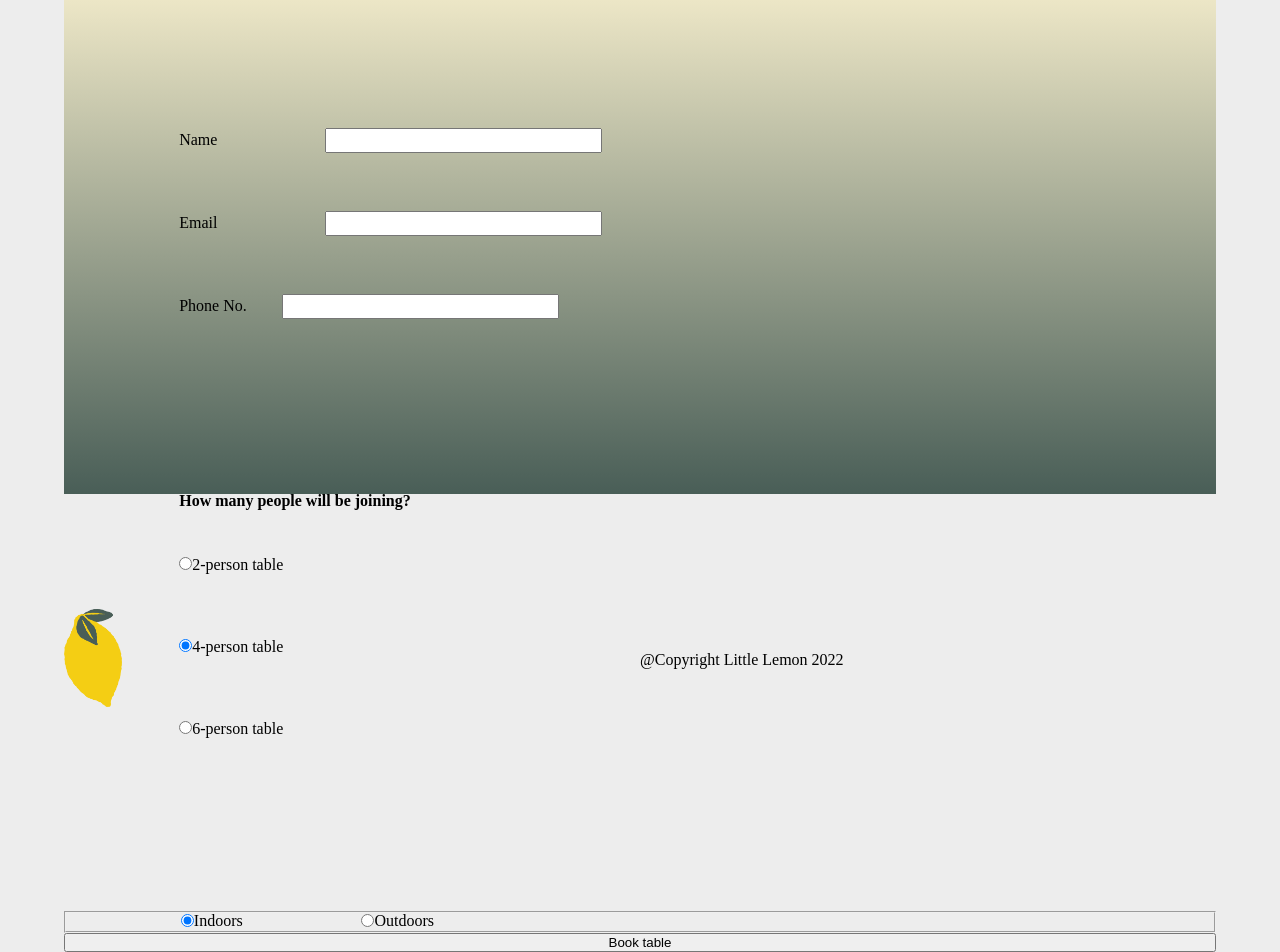
Repository: klone007/littleLemon
Page: index.html
These files come from the project's save history. The page is drawn as it stood at one moment and after a run of saves; the edit follows.
The browser window is 1280 px wide. The pictures show the part of the page from y = 3473 to 4425 px (the page is 4425 px tall before and 4416 px after).
A picture or video elsewhere on the page could not be fetched, so the positions and the page height are approximate. Backgrounds fixed to the window are drawn as part of the page.

Above is the page before, as saved 2022-11-17 13:29:18.

### index.html
<!DOCTYPE html>
<html lang="en">
<head>
    <meta charset="UTF-8">
    <meta http-equiv="X-UA-Compatible" content="IE=edge">
    <meta name="viewport" content="width=device-width, initial-scale=1.0">
    <title>Little Lemon</title>
    <meta name="author" content="Owned by Maria & Jason">
    <meta name="description" content="Little lemon restaurant">

    <link rel="stylesheet" href="./styles.css">
    <link rel="stylesheet" href="./docs/flickity.css" media="screen">
</head>
<body>
    <script src="./docs/flickity.pkgd.min.js"></script>

<nav class="top-nav navbar-fixed-top">
    <header>
        <a href="#Home">
            <img src="./img/Asset 20@4x.png" alt="logo" />
        </a>
    </header>
    <input id="menu-toggle" type="checkbox" />
    <label class='menu-button-container' for="menu-toggle">
    <div class='menu-button'></div>
  </label>
    <ul class="menu">
        <li><a href="#Home">Home</a></li>
        <li><a href="#Menu">Menu</a></li>
        <li><a href="#mainBook">Book</a></li>
        <li><a href="#About">About</a></li>
    </ul>
</nav>


    <main>
        <h1 id="Home">Our Featured</h1>
        <section class="gallery js-flickity" data-flickity-options='{ "wrapAround": true }'>
            <div class="gallery-cell">
                <img src="https://external-content.duckduckgo.com/iu/?u=https%3A%2F%2Fwww.sightseeingtoursitaly.com%2Fwp-content%2Fuploads%2F2019%2F06%2FFamous-Italian-dishes.jpg&f=1&nofb=1&ipt=5f17ed8798b09670346a59e0c6dda9133987f1fbc826aab0525b9c7dfd5eefc6&ipo=images" alt="" loading="lazy" />
            </div>
            <div class="gallery-cell">
                <img src="https://external-content.duckduckgo.com/iu/?u=https%3A%2F%2Fcdn.websites.hibu.com%2F42205d4164494aec9952633686609fc8%2Fdms3rep%2Fmulti%2Fshutterstock_1048781273.jpg&f=1&nofb=1&ipt=9319afd718bb88107d86b2624e313065a7d3a600e22631227c980300d2d9ea5e&ipo=images" alt="" loading="lazy" />
            </div>
            <div class="gallery-cell">
                <img src="https://external-content.duckduckgo.com/iu/?u=https%3A%2F%2Fdianashealthyliving.com%2Fwp-content%2Fuploads%2F2019%2F09%2FItalian-food-Depositphotos_.jpg&f=1&nofb=1&ipt=6b3899b664b8c8aa324edf4a5f0cf548525f48ccb5f7a4fc71eac060adbfea16&ipo=images" alt="" loading="lazy" />
            </div>
            <div class="gallery-cell">
                <img src="https://external-content.duckduckgo.com/iu/?u=https%3A%2F%2Fwww.lux-review.com%2Fwp-content%2Fuploads%2F2020%2F03%2FPasta-1.jpg&f=1&nofb=1&ipt=236038c1ddcf4aa03c9a1fd1d1489bc57e1f28b597d5af0d285d39a5f3813c10&ipo=images" alt="" />
            </div>
            <div class="gallery-cell">
                <img src="https://external-content.duckduckgo.com/iu/?u=https%3A%2F%2Fthepointsguy.co.uk%2Fwp-content%2Fuploads%2F2020%2F09%2FGettyImages-599272840.jpg&f=1&nofb=1&ipt=aed47e269af3bf5fa11b8c201e77a3612dee3b5e70cd9f18d9500c28e0df9f67&ipo=images" alt="" loading="lazy" />
            </div>
        </section>

        <h1 id="Menu">Menu</h1>
        <section id="mainMenu">
            <article>
                <h3>Dish 1</h3>
                <div>
                    <img src="https://external-content.duckduckgo.com/iu/?u=https%3A%2F%2Fwww.trbimg.com%2Fimg-58b999a4%2Fturbine%2Fct-chicago-modern-classics-food-0308-20170303&f=1&nofb=1&ipt=e55a6103835e539b9ddba910f3aa8f07babc50ec035bc059d606dd24fa5a5659&ipo=images" alt="" />
                    <p>Lorem ipsum dolor sit amet consectetur adipisicing elit. Labore inventore rem quos repellat fugiat consequatur numquam, sapiente aperiam culpa aliquid maiores asperiores! Alias eligendi odit, vero amet aut quia non?</p>
                </div>
            </article>
            <article>
                <h3>Dish 2</h3>
                <div>
                    <img src="https://external-content.duckduckgo.com/iu/?u=https%3A%2F%2Fwww.webivm.com%2Fwp-content%2Fuploads%2F2016%2F12%2FFood-Photos.jpg&f=1&nofb=1&ipt=6a3492d880aad37e76e2c229f1153e1a0fc916bf886f3e4d2b33b8b43cbbb8ba&ipo=images" alt="" />
                    <p>Lorem ipsum dolor sit amet consectetur adipisicing elit. Labore inventore rem quos repellat fugiat consequatur numquam, sapiente aperiam culpa aliquid maiores asperiores! Alias eligendi odit, vero amet aut quia non?</p>
                </div>
            </article>
            <article>
                <h3>Dish 3</h3>
                <div>
                    <img src="https://external-content.duckduckgo.com/iu/?u=https%3A%2F%2Fwww.food-management.com%2Fsites%2Ffood-management.com%2Ffiles%2Fstyles%2Farticle_featured_retina%2Fpublic%2FHawaiiPromo_BU_1.jpg%3Fitok%3Dl8BccNDz&f=1&nofb=1&ipt=f5ae2a2fe3e9c6f5db3d1dd3f7cba8346bc18a211ab68dd1c32996616daafb87&ipo=images" alt="" />
                    <p>Lorem ipsum dolor sit amet consectetur adipisicing elit. Labore inventore rem quos repellat fugiat consequatur numquam, sapiente aperiam culpa aliquid maiores asperiores! Alias eligendi odit, vero amet aut quia non?</p>
                </div>
            </article>
            <article>
                <h3>Dish 4</h3>
                <div>
                    <img src="https://external-content.duckduckgo.com/iu/?u=https%3A%2F%2Fmoroccanfoodtour.com%2Fwp-content%2Fuploads%2F2020%2F05%2FMFT-Tetouan-Food-Tour-5.jpg&f=1&nofb=1&ipt=5d10271906c29c0f482e9af2e71def8f1021706b03ddfc3b13a227a26cf32f92&ipo=images" alt="" />
                    <p>Lorem ipsum dolor sit amet consectetur adipisicing elit. Labore inventore rem quos repellat fugiat consequatur numquam, sapiente aperiam culpa aliquid maiores asperiores! Alias eligendi odit, vero amet aut quia non?</p>
                </div>
            </article>
            <article>
                <h3>Dish 5</h3>
                <div>
                    <img src="https://external-content.duckduckgo.com/iu/?u=https%3A%2F%2Fimg.choice.com.au%2F-%2Fmedia%2Ff738b5b9623b4c90ad0837f98b0ea96b.ashx&f=1&nofb=1&ipt=1635fb9e31ba85f9b28735716f80466546eed1ee7c42d5bcbd6a9909df5d35f2&ipo=images" alt="" />
                    <p>Lorem ipsum dolor sit amet consectetur adipisicing elit. Labore inventore rem quos repellat fugiat consequatur numquam, sapiente aperiam culpa aliquid maiores asperiores! Alias eligendi odit, vero amet aut quia non?</p>
                </div>
            </article>
            <article>
                <h3>Dish 6</h3>
                <div>
                    <img src="https://external-content.duckduckgo.com/iu/?u=https%3A%2F%2Fwww.charlottefashionplate.com%2Fwp-content%2Fuploads%2F2019%2F04%2FFullSizeRender-2019-09-12T093414.937-e1568295666416.jpg&f=1&nofb=1&ipt=a75d703fefdf0bc48c22dafd73ad0c617d56c21db92b64727021d744cfa860a5&ipo=images" alt="" />
                    <p>Lorem ipsum dolor sit amet consectetur adipisicing elit. Labore inventore rem quos repellat fugiat consequatur numquam, sapiente aperiam culpa aliquid maiores asperiores! Alias eligendi odit, vero amet aut quia non?</p>
                </div>
            </article>
        </section>

        <h1 id="About">About</h1>
        <section id="mainAbout">
            <div class="myDIV">
                 <img src="https://external-content.duckduckgo.com/iu/?u=https%3A%2F%2Fst3.depositphotos.com%2F2572561%2F16353%2Fi%2F950%2Fdepositphotos_163534638-stock-photo-two-famous-chefs-discuss-their.jpg&f=1&nofb=1&ipt=b503cf392cbfb92c1189adf6e87bce2d96b5f10e32ff79c8c39acd97c9648224&ipo=images" alt="Little Lemon's chefs" loading="lazy" />
            </div>
            <!-- <div class="hide">
                The image used is stock image from google images.
            </div> -->

            <p>
                Based in Chicago, Illinois, <strong>Little Lemon is a family-owned Mediterranean restaurant</strong>, focused on <strong>traditional recipes served with a
                modern twist.</strong> The chefs draw inspiration from Italian, Greek, and Turkish culture and have a menu of 12–15 items that they rotate
                seasonally. The restaurant has a rustic and relaxed atmosphere with moderate prices, making it a <strong>popular place for a meal any time of
                the day.</strong>
                <br /> <br />
                Little Lemon is <strong>owned by</strong>two Italian brothers, <strong>Mario and Adrian</strong>, who moved to the United States to pursue their shared dream of owning a restaurant.
                To craft the menu, Mario relies on family recipes and his experience as a chef in Italy. Adrian does all the marketing for the restaurant and led the
                effort to expand the menu beyond classic Italian to incorporate additional cuisines from the Mediterranean region.
            </p>
        </section>
        <section id="mainBook">
            <h1>Book</h1>
            <div class="parallax"></div>

            <form class="content" method="post" >

                    <label for="user_Name">Name
                        <input type="text" id="user_Name" name="user_Name" required/>
                    </label>
                    <label for="user_Email">Email
                        <input type="email" id="user_Email" name="user_Email" required/>
                    </label>

                <label for="user_Phone">Phone No.
                    <input type="tel" id="user_Phone" name="user_Phone"/>
                </label>
                <fieldset id="size">
                    <p><strong>How many people will be joining?</strong></p>
                    <label><input type="radio" value="2" name="size" />2-person table</label><br>
                    <label><input type="radio" value="4" name="size" checked/>4-person table</label><br>
                    <label><input type="radio" value="6" name="size" />6-person table</label>
                </fieldset>
                <fieldset id="location">
                    <label><input type="radio" value="indoors" name="location" checked/>Indoors</label>
                    <label><input type="radio" value="outdoors" name="location" />Outdoors</label>
                </fieldset>
                <button type="submit">Book table</button>

            </form>
        </section>
    </main>
    <footer>
        <div >
            <img src="./img/Asset 9@4x.png" alt=""></img>
        </div>
        <div >
            <p>@Copyright Little Lemon 2022</p>
        </div>
    </footer>


</body>
</html>

### styles.css
:root {
    --lemonYelow:#f4ce14;
    --lemonGreen: #495e57;
}


*{
    margin:0;
    padding:0;
    -webkit-box-sizing: border-box;
    box-sizing: border-box;
}

body {
    background-color: #ededed;
    margin-top: 1rem;
    margin-bottom: 1rem;
    margin-left: 5%;
    margin-right: 5%;
}

header  img {
    display: block;
    margin-left: auto;
    margin-right: auto;
    max-width:3rem;
    min-height:3rem;
    animation-duration: 2s;
    animation-name: slideinLeft;
}

.top-nav  ul {
    list-style: none;
    animation-duration: 2s;
    animation-name: slideinRight;
}

.top-nav a {
    text-decoration: none;
    /* color:rgb(252, 227, 8); */
    color:white;
    padding: 10px 30px;
}

.top-nav a:hover {
    color: var(--lemonYelow);
    transform: scale(0.7);
}

.top-nav {
    display: flex;
    flex-direction: row;
    align-items: center;
    justify-content: space-between;
    background-color: #00BAF0;
    /* background: linear-gradient(to left, #214900ef, #ffe5511e); */
    background: linear-gradient(to left, #495e57, #f4cf142c);

    /* W3C, IE 10+/ Edge, Firefox 16+, Chrome 26+, Opera 12+, Safari 7+ */
    color: #FFF;
    height: 50px;
    padding: 1em;
    margin-top: 3%;


  }

  .menu {
    display: flex;
    flex-direction: row;
    list-style-type: none;
    margin: 0;
    padding: 0;
  }

  .menu > li {
    margin: 0 1rem;
    overflow: hidden;
  }

  .menu-button-container {
    display: none;
    height: 100%;
    width: 30px;
    cursor: pointer;
    flex-direction: column;
    justify-content: center;
    align-items: center;
  }

  #menu-toggle {
    display: none;
  }

  .menu-button,
  .menu-button::before,
  .menu-button::after {
    display: block;
    background-color: #fff;
    position: absolute;
    height: 4px;
    width: 30px;
    transition: transform 400ms cubic-bezier(0.23, 1, 0.32, 1);
    border-radius: 2px;
  }

  .menu-button::before {
    content: '';
    margin-top: -8px;
  }

  .menu-button::after {
    content: '';
    margin-top: 8px;
  }

  #menu-toggle:checked + .menu-button-container .menu-button::before {
    margin-top: 0px;
    transform: rotate(405deg);
  }

  #menu-toggle:checked + .menu-button-container .menu-button {
    background: rgba(255, 255, 255, 0);
  }

  #menu-toggle:checked + .menu-button-container .menu-button::after {
    margin-top: 0px;
    transform: rotate(-405deg);
  }

  @media (max-width: 700px) {
    .menu-button-container {
      display: flex;
    }
    .menu {
        z-index:1000;
      position: absolute;
      top: 50px;
      margin-top: 50px;
      left: 0;
      flex-direction: column;
      width: 100%;
      justify-content: center;
      align-items: center;
    }
    #menu-toggle ~ .menu li {
      height: 0;
      margin: 0;
      padding: 0;
      border: 0;
      transition: height 400ms cubic-bezier(0.23, 1, 0.32, 1);
    }
    #menu-toggle:checked ~ .menu li {
      border: 1px solid #333;
      height: 3.5em;
      padding: 0.5em;
      transition: height 400ms cubic-bezier(0.23, 1, 0.32, 1);
    }
    .menu > li {
      display: flex;
      justify-content: center;
      margin: 0;
      padding: 0.5em 0;
      width: 100%;
      color: white;
      background-color: #222;
    }
    .menu > li:not(:last-child) {
      border-bottom: 1px solid #444;
    }
  }

  .navbar-fixed-top{
    position: -webkit-sticky;
    position: sticky;
    top: 0px;
    z-index: 99999;
  }

/* nav {
display: flex;
justify-content: space-between;
}

header > img {
    display: block;
    margin-left: auto;
    margin-right: auto;
    max-width:5rem;
    min-height:5rem;
}

nav  ul {
    list-style: none;
    display: flex;
    justify-content: center;
    align-items: center;

}

nav a:link {
    text-decoration: none;
    color: rgb(5, 107, 5);
    padding: 10px 50px;

}

nav a:hover {
    background-color: green;
    color: antiquewhite;
} */




main  h1 {
    display: flex;
    justify-content: center;
    align-items: center;
    margin-top:5%;
    margin-bottom:3%;
    color:var(--lemonGreen);
    padding-top: 1rem;
}

main  h1:hover{
    /* animation: 1s 1 forwards pulse */
    transform: scale(1.2);
    transition: 0.5s ease-in-out;
}

main img {
    max-width:100%;
    min-height: 100%;
}

.gallery {
    background: #EEE;
    margin-bottom: 5%;
  }

  .gallery-cell {
    width: 50vw;
    height: 30vh;
    margin-left: 10px;
    counter-increment: gallery-cell;
  }

  /* cell number */
  .gallery-cell:before {
    display: block;
    text-align: center;
    content: "";
    line-height: 200px;
    font-size: 80px;
    color: white;
  }



  #mainMenu {
    display: flex;
    flex-wrap: wrap;
    overflow: auto;

}
#mainMenu div {
    display: flex;
    justify-content: center;
    align-items: center;
    gap:2rem;
}

#mainMenu img {
    max-width: 5rem;
    max-height: 5rem;
}
article img:hover {
    transform: scale(4) translate(50%,10%);
    transition: 0.5s ease-in-out;
}

main h3 {
    padding-bottom:1rem
}

main article {
    flex: 1 0 500px;
    box-sizing: border-box;
    margin: 1rem .25em;
    padding:2rem;

    max-width: 25rem;
}

main article:hover {
    color:#f4ce14;
    background-color: var(--lemonGreen);
    box-shadow: inset 0 0 1rem #444;
    border-radius: 5%;
}

@media screen and (min-width: 40em) {
    main article  {
       max-width: calc(50% -  1em);
    }


}

@media screen and (min-width: 60em) {
    main article  {
        max-width: calc(25% - 1em);
    }
}


#mainAbout {
    display: flex;
    flex-direction:column;
    justify-content: center;
    align-items: center;

}

#mainAbout img {
    max-width: 20rem;
    min-height: 20rem;
    margin:5%;
    padding:2rem;
    border-radius: 50%;
    filter:blur(0.5rem) grayscale(100%);
    transition:.5s ease-out;
}
#mainAbout img:hover {
    filter:blur(0rem) grayscale(0%);

}
/* .hide {
    display: none;
    position:absolute;
    left:8%
  } */

  /* .myDIV:hover + .hide {
    display: block;
    color: red;
  } */

#mainAbout p {
    flex: 1 0 500px;
    box-sizing: border-box;
    margin: 1rem .25em;
    padding:1rem;
}

footer {
    display: flex;
    justify-content: center;
    align-items: center;
    margin-top:10%;
}
footer div {
    flex: 1;
}

footer img {
    width:10%;
}
footer img:hover {
    transform:rotate(60deg) ;
   transition: 1s ease;
}



@media screen and (min-width:880px) {

    .gallery-cell {
        width: 70vw;
        height: 70vh;
        margin-left: 10px;
        counter-increment: gallery-cell;
      }

      #mainAbout{
        display: flex;
        justify-content: space-between;
        flex-direction: row;
        margin:1rem;
        gap: 2rem;
    }
    #mainAbout img {
        max-width: 20rem;
        min-height: 20rem;
        margin:5%;
        border-radius: 0;
    }
    #mainAbout p {
        flex: 1 ;
        box-sizing: border-box;
        margin: 1rem .25em;
        padding:1rem;
    }
    article img:hover {
        transform: scale(8) translate(50%,10%);
        transition: 0.5s ease-in-out;
    }

  }




  @keyframes slideinRight {
    from {
      margin-right: -100rem;
      opacity: 0;
    }
    25% {

        margin-right: -10rem;
        opacity: 0.25;
      }
    50% {

    margin-right: -5rem;
    opacity: 0.5;
    }
    75% {

      margin-right: -1rem;
      opacity: 0.75;
    }

    to {
      margin-right: 0rem;
      opacity: 1;
    }
  }


  @keyframes slideinLeft {
    from {
      margin-left: -100rem;
      opacity: 0;

    }

    25% {

    margin-left: -10rem;
    opacity: 0.25;
    }

    50% {

    margin-left: -5rem;
    opacity: 0.5;
    width:50%;
    }
    75% {

    margin-left: -5rem;
    opacity: 0.5;
    width:75%;

    }

    to {
      margin-left: 0rem;
      opacity: 1;
     width:100%;

    }
  }

  .parallax {
    /* The image used */
    background-image: url("https://external-content.duckduckgo.com/iu/?u=https%3A%2F%2Fuplandsouthcandles.com%2Fwp-content%2Fuploads%2F2018%2F07%2F036684.jpg&f=1&nofb=1&ipt=ed1f1ccf7945ddfd3265d2114ec71a6c897354e652921af8277e8d438890888a&ipo=images");

    /* Set a specific height */
    min-height: 500px;

    /* Create the parallax scrolling effect */
    background-attachment: fixed;
    background-position: center;
    background-repeat: no-repeat;
    background-size: cover;
  }

  .content {
    height:1000px;
    background: linear-gradient(#eee20200,#f4cf142c, #495e57);
    display:flex;
    flex-direction: column;
    align-items: stretch;
    padding-top:50%;
}
.content label {
    padding-top:5%;
    padding-left: 10%;
}

#size{
    display: flex;
    flex-direction: column;
    margin: 15% 10%;
    border:0;
    column-gap:2rem;
}

#size label {
    margin-left:-10% ;
}

#user_Name{
    margin-left:10%;
    padding:0.2rem 3rem;
}


#user_Email{
    margin-left:10%;
    padding:0.2rem 3rem;
}

#user_Phone{
    margin-left:3%;
    padding:0.2rem 3rem;
}

Loaded but not shown: docs/flickity.pkgd.min.js (library); docs/flickity.css (137 lines, source omitted)

After the next 8 saves:
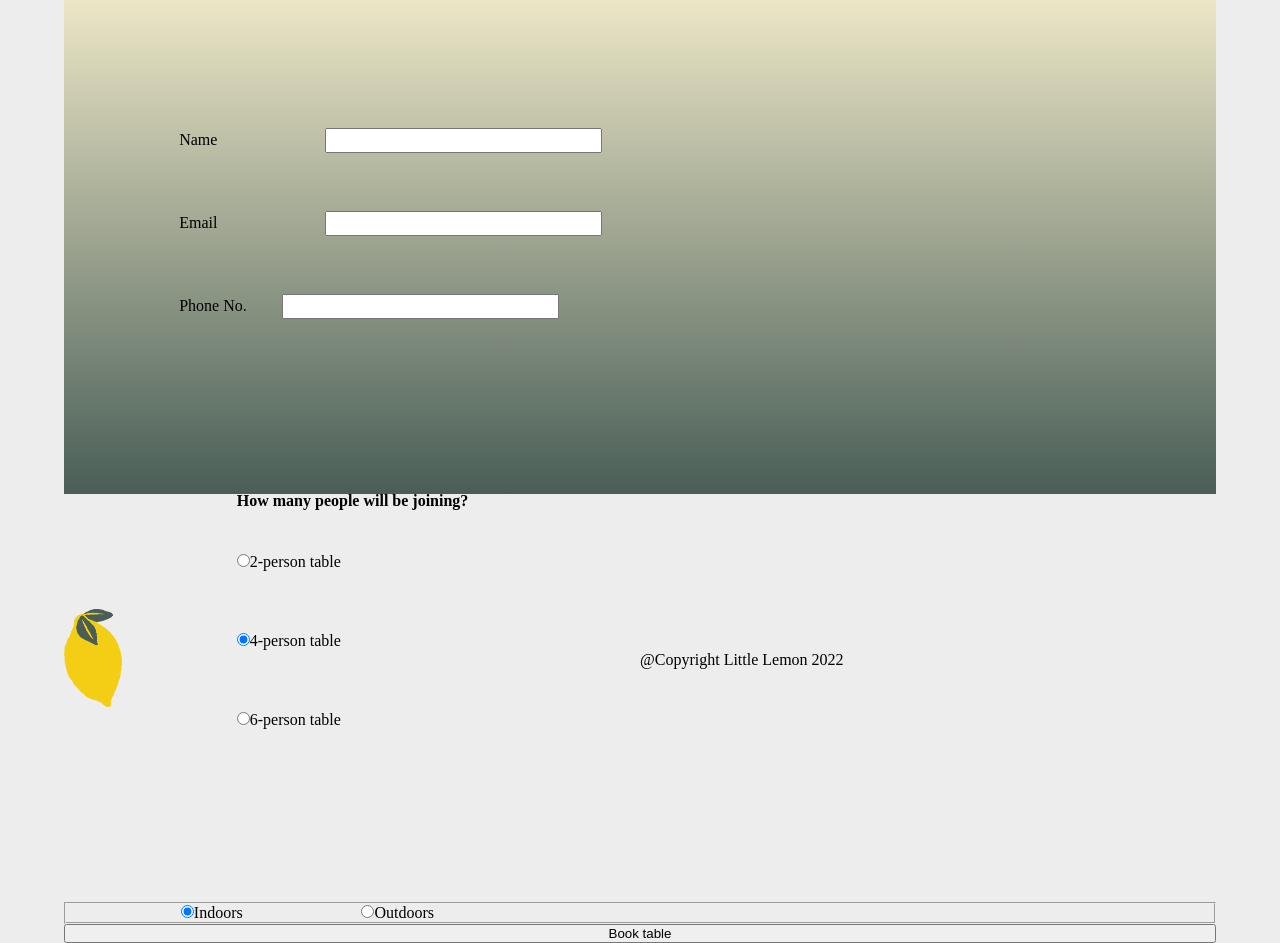
The 8 saves are shown as one change because they came seconds apart.
The last was saved 36 s later.
--- a/styles.css
+++ b/styles.css
@@ -507,7 +507,7 @@
     flex-direction: column;
     margin: 15% 10%;
     border:0;
-    column-gap:2rem;
+    padding-left:5%;
 }
 
 #size label {

After the 2 saves that followed:
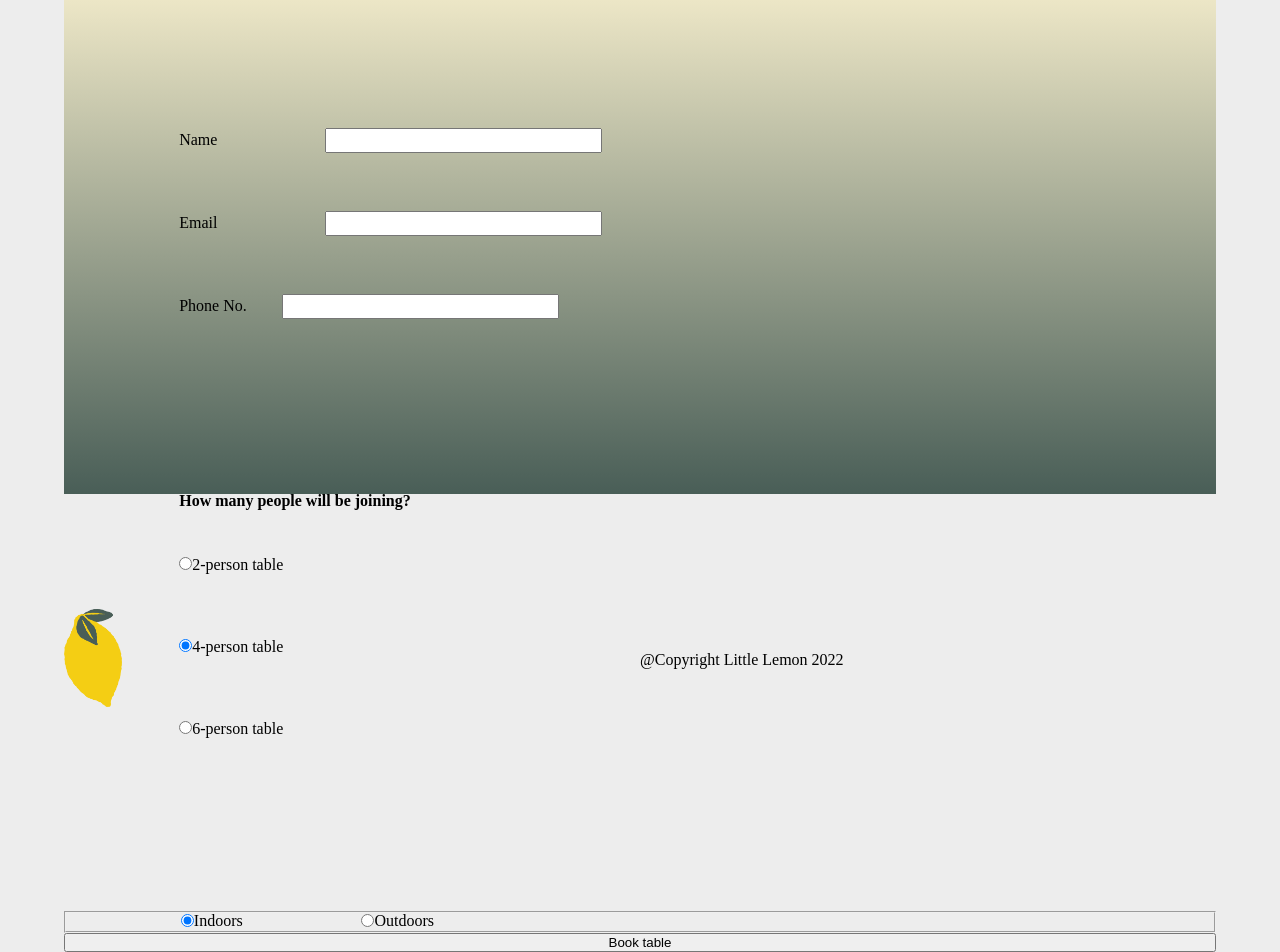
The 2 saves are shown as one change because they came seconds apart.
The last was saved 13 s later.
--- a/styles.css
+++ b/styles.css
@@ -507,7 +507,7 @@
     flex-direction: column;
     margin: 15% 10%;
     border:0;
-    padding-left:5%;
+
 }
 
 #size label {
